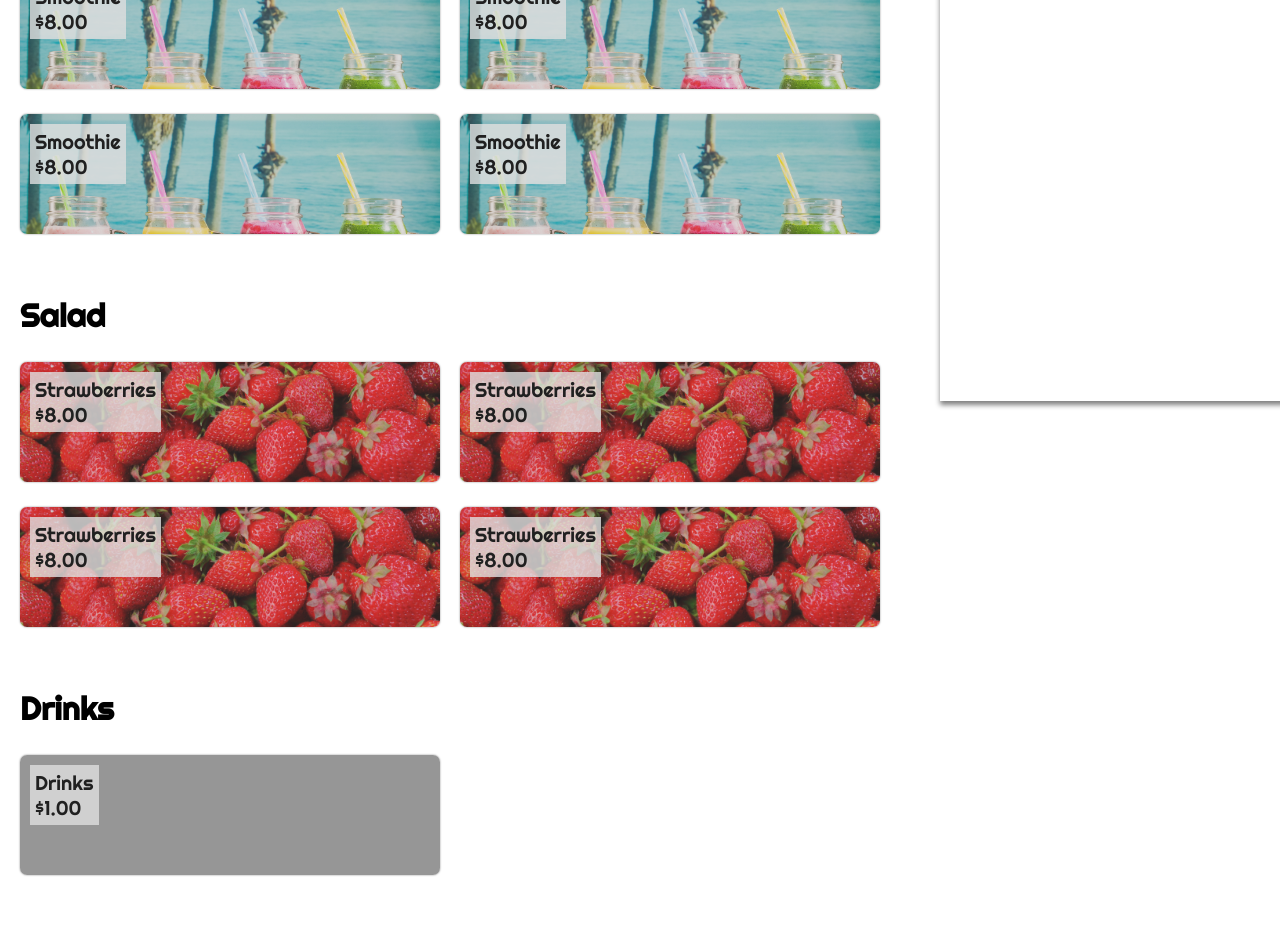
Repository: c0debase/LivingFoods
Page: /
An editor plug-in stored every save of this project. The page is shown before and after the next save, followed by the edit.
The browser window is 1280 px wide. The pictures show the part of the page from y = 319 to 1271 px (the page is 1271 px tall).
Pictures or frames that could not be fetched are drawn as grey boxes. The page's requests for data from a server got no answer. The project was rebuilt for these pictures with package versions that can differ from the ones it lists, and the page was loaded fresh each time. No one was signed in, and anything a server would have sent is missing. Also part of the build but not shown: src/FoodDialog/QuantityInput.js, src/Hooks/useQuantity.js, src/FoodDialog/Toppings.js, src/Hooks/useToppings.js, src/Hooks/useChoice.js, src/FoodDialog/Choices.js, src/FoodDialog/FoodDialog.js.

Above is the page before, as saved 2021-09-22 00:50:38.

### public/index.html
<!DOCTYPE html>
<html lang="en">
  <head>
    <meta charset="utf-8" />
    <link rel="icon" href="%PUBLIC_URL%/favicon.ico" />
    <meta name="viewport" content="width=device-width, initial-scale=1" />
    <meta name="theme-color" content="#000000" />
    <meta
      name="description"
      content="Web site created using create-react-app"
    />
    <link rel="apple-touch-icon" href="%PUBLIC_URL%/logo192.png" />

    <link rel="preconnect" href="https://fonts.googleapis.com">
    <link rel="preconnect" href="https://fonts.gstatic.com" crossorigin>
    <link href="https://fonts.googleapis.com/css?family=Open+Sans|Righteous" rel="stylesheet">

    <!--
      manifest.json provides metadata used when your web app is installed on a
      user's mobile device or desktop. See https://developers.google.com/web/fundamentals/web-app-manifest/
    -->
    <link rel="manifest" href="%PUBLIC_URL%/manifest.json" />
    <!--
      Notice the use of %PUBLIC_URL% in the tags above.
      It will be replaced with the URL of the `public` folder during the build.
      Only files inside the `public` folder can be referenced from the HTML.

      Unlike "/favicon.ico" or "favicon.ico", "%PUBLIC_URL%/favicon.ico" will
      work correctly both with client-side routing and a non-root public URL.
      Learn how to configure a non-root public URL by running `npm run build`.
    -->
    <title>Juggly Juice</title>
  </head>
  <body>
    <noscript>You need to enable JavaScript to run this app.</noscript>
    <div id="root"></div>
    <!--
      This HTML file is a template.
      If you open it directly in the browser, you will see an empty page.

      You can add webfonts, meta tags, or analytics to this file.
      The build step will place the bundled scripts into the <body> tag.

      To begin the development, run `npm start` or `yarn start`.
      To create a production bundle, use `npm run build` or `yarn build`.
    -->
  </body>
</html>

### src/App.js
import React, {useState} from 'react';
import { createGlobalStyle } from 'styled-components';
import { Navbar } from "./Navbar/Navbar";
import {Banner} from './Banner/Banner';
import {Menu} from './Menu/Menu';
import {GlobalStyle} from './Styles/GlobalStyle'
import {FoodDialog} from './FoodDialog/FoodDialog';
import {Order} from './Order/Order';
import {useOpenFood} from './Hooks/useOpenFood';
import {useOrders} from './Hooks/useOrders';
import {useTitle} from './Hooks/useTitle';
import {useAuthentication} from './Hooks/useAuthentication';
import {OrderDialog} from './Order/OrderDialog';
import {useOrderDialog} from './Hooks/useOrderDialog';


function App() {

  const openFood = useOpenFood();
  const orders = useOrders();
  const auth = useAuthentication();
  const orderDialog = useOrderDialog();

  useTitle({...openFood, ...orders});
  return (
    <>
      <GlobalStyle />
      <OrderDialog {...orderDialog} {...orders}/>
      <FoodDialog {...openFood} {...orders} />
      <Navbar {...auth} />
      <Order {...orders} {...openFood} {...auth} {...orderDialog}/>
      <Banner />
      <Menu {...openFood} />
    </>
  );
}

export default App;

### src/Navbar/Navbar.js
import React from 'react';
import styled from 'styled-components';
import { pizzaRed } from '../Styles/colors';
import { Title } from '../Styles/title';


export const NavbarStyled = styled.div`
  background-color: ${pizzaRed};
  padding: 10px;
  position: fixed;
  width: 100%;
  z-index: 999;
  display: flex;
  justify-content: space-between;
`

const Logo = styled(Title)`
  font-size: 20px;
  color: white;
  text-shadow: 1px 1px 4px #380502;
`;

const UserStatus = styled.div`
  color: white;
  font-size: 12px;
  margin-right: 30px;
`;

const LoginButton = styled.span`
  cursor: pointer;
`;


export function Navbar({ login, loggedIn, logout }) {
  return (
    <NavbarStyled>
      <Logo>
        Juggly Juice
      <span role="img" aria-label="smoothie">
          🥤
      </span>
      </Logo>
      <UserStatus>

        {loggedIn !== "loading" ? (
          <>
            👤 {loggedIn ? `${loggedIn.displayName}` : "" }
              {loggedIn ? (<span onClick={logout}>Logout</span> ) :
                ( <span onClick={login}> Log in / Sign up</span> ) }
          </>
        ) : ("loading...")}

      </UserStatus>
    </NavbarStyled>
  )
}

### src/Banner/Banner.js
import styled from 'styled-components';

export const Banner = styled.div`
  height: 200px;
  background-image: url("img/bowl-hand.jpg");
  background-position: center;
  background-size: cover;
  filter: contrast(75%);
`;

### src/Menu/Menu.js
import React from 'react';
import styled from 'styled-components';
import {foods, formatPrice} from '../Data/FoodData';

import {Food, FoodGrid, FoodLabel} from '../Menu/FoodGrid'

const MenuStyled = styled.div`
  height: 1000px;
  margin: 0px 400px 50px 20px;
`;

export function Menu({setOpenFood}) {
  return (
  <MenuStyled>
    {Object.entries(foods).map(([sectionName, foods]) => (
      <>
        <h1>{sectionName}</h1>
        <FoodGrid>
          {foods.map(food => (
            <Food
              img={food.img}
              onClick={() => {
                setOpenFood(food)
            }}
            >
              <FoodLabel>
                <div>{food.name}</div>
                <div>{formatPrice(food.price)}</div>
              </FoodLabel>
            </Food>
          ))}
        </FoodGrid>
      </>
    ))}
  </MenuStyled>
  );
}

### src/Styles/GlobalStyle.js
import { createGlobalStyle} from 'styled-components';

export const GlobalStyle = createGlobalStyle`
  body {
    font-family: 'Open Sans', sans-serif;
    margin: 0;
  }

  h1, h2, h3 {
    font-family: 'Righteous', cursive;
  }
`

### src/Order/Order.js
import React from 'react';
import styled from 'styled-components';
import {
  DialogFooter,
  DialogContent,
  ConfirmButton
} from '../FoodDialog/FoodDialog';
import {formatPrice} from '../Data/FoodData';
import {getPrice} from '../FoodDialog/FoodDialog';


const OrderStyled = styled.div`
  position: fixed;
  right: 0px;
  top: 48px;
  width: 340px;
  background-color: white;
  height: calc(100% - 48px);
  z-index: 10;
  box-shadow: 4px 0px 5px 4px grey;
  display: flex;
  flex-direction: column;
  @media(max-width: 400px) {
    position: relative;
    width: 100%;
  }
`;

const OrderContent = styled(DialogContent)`
  padding: 20px;
  height: 100%;
`;

const OrderContainer = styled.div`
  padding: 10px 0px;
  border-bottom: 1px solid grey;
  ${({editable}) => editable ?
  `
  &:hover {
    cursor: pointer;
    background-color: #e7e7e7;
  }
  `
  : `pointer-events: none`}
`;

const OrderItem = styled.div`
  padding: 10px 0px;
  display: grid;
  grid-template-columns: 20px 150px 20px 60px;
  justify-content: space-between;
`;

const DetailItem = styled.div`
  color: gray;
  font-size: 10px;
`;

function sendOrder(orders, {email, displayName}) {
  // var newOrderRef = ref('orders').push();
  const newOrders = orders.map(order => {
    return Object.keys(order).reduce((acc, orderKey) => {
      if (!order[orderKey]) {
        // undefined value
        return acc;
      }
      if (orderKey === "toppings") {
        return {
          ...acc,
          [orderKey]: order[orderKey]
          .filter(({ checked }) => checked)
          .map(({name}) => name)
        };
      }
      return {
        ...acc,
        [orderKey]: order[orderKey]
      };
    }, {});
  });
  console.log({order: newOrders, email, displayName});
  // newOrderRef.set({
  //   order: newOrders,
  //   email,
  //   displayName
  // });
}


export function Order({orders, setOrders, setOpenFood, login, loggedIn, setOpenOrderDialog}) {

  const subtotal = orders.reduce((total, order) => {
    return total + getPrice(order);
  }, 0);
  const tax = subtotal * .07;
  const total = subtotal + tax;

  const deleteItem = index => {
    const newOrders = [...orders];
    newOrders.splice(index, 1);
    setOrders(newOrders);
  }

  return (
    <OrderStyled>
    {orders.length === 0 ? (
      <OrderContent>
        Your order like your stomach is pretty empty
      </OrderContent>
    ) : (
      <OrderContent>
      {" "}
        <OrderContainer> Your Order: </OrderContainer>{" "}
          {orders.map((order, index) => (
            <OrderContainer editable>
              <OrderItem
                onClick={ () => {
                  setOpenFood({...order, index})
                }}
              >
                <div>{order.quantity}</div>
                <div>{order.name}</div>
                <div style={{cursor: 'pointer'}}
                onClick={(e) => {
                  e.stopPropagation();
                  deleteItem(index);
                }}>🗑️</div>
                <div>{formatPrice(getPrice(order))}</div>
              </OrderItem>
              <DetailItem>
                {order.toppings
                .filter(t => t.checked)
                .map(topping => topping.name)
                .join(", ")}
              </DetailItem>
              {order.choice &&
              <DetailItem>
                {order.choice}
              </DetailItem>}
            </OrderContainer>
          ))}
          <OrderContainer>
            <OrderItem>
              <div/>
              <div>Sub-total</div>
              <div>{formatPrice(subtotal)}</div>
            </OrderItem>
            <OrderItem>
              <div/>
              <div>Tax</div>
              <div>{formatPrice(tax)}</div>
            </OrderItem>
            <OrderItem>
              <div/>
              <div>Total</div>
              <div>{formatPrice(total)}</div>
            </OrderItem>
          </OrderContainer>
      </OrderContent>
    )}

      {orders.length > 0 && <DialogFooter>
        <ConfirmButton onClick={() => {
          if (loggedIn) {
            setOpenOrderDialog(true);
            sendOrder(orders, loggedIn);
          } else {
            login();
          }
        }}>Checkout</ConfirmButton>
      </DialogFooter>}
    </OrderStyled>
  )
}

### src/Hooks/useOpenFood.js
import {useState} from 'react';


export function useOpenFood() {
  const [openFood, setOpenFood] = useState();
  return {
    openFood,
    setOpenFood
  }
}

### src/Hooks/useOrders.js
import {useState} from 'react';

export function useOrders() {
  const [orders, setOrders] = useState([]);
  return {
    orders,
    setOrders
  }
}

### src/Hooks/useTitle.js
import {useEffect} from 'react';

export function useTitle({openFood, orders}) {
  useEffect(() => {
    if(openFood) {
      document.title = openFood.name;
    } else {
      document.title = orders.length === 0 ? `What's for dinner?` : `[${orders.length}] items in your order!`;
    }
  });
}

### src/Hooks/useAuthentication.js
import { useEffect, useState } from 'react';

import { getAuth, createUserWithEmailAndPassword, signInWithPopup, GoogleAuthProvider } from "firebase/auth";
import { initializeApp } from 'firebase/app';
import { getFirestore, collection, getDocs } from 'firebase/firestore/lite';
import {set, update, push, getDatabase, ref as fireRef, get, query, onValue} from 'firebase/database';


const firebaseConfig = {
  apiKey: "AIzaSyCwOjGfREUYAvBS0igtPnmmwZwfNcEWtk4",
  authDomain: "eatlivecells.firebaseapp.com",
  projectId: "eatlivecells",
  storageBucket: "eatlivecells.appspot.com",
  messagingSenderId: "227241896853",
  appId: "1:227241896853:web:d240007b5b27fa6246249c",
  measurementId: "G-ZGMZS0DZRD",
  databaseURL: "https://eatlivecells-default-rtdb.firebaseio.com/"
};


const app = initializeApp(firebaseConfig);
// const db = getFirestore(app);

const db = getDatabase(app) // <-- Pass in the initialized app

//Creating the reference (The path in db you are trying to read/write/update)

const message = {
  username: "state.username",
  content: "inputMessage.value"
}

set(push(fireRef(db, 'eatlivecells')), message);


const auth = getAuth();
const provider = new GoogleAuthProvider();




export function useAuthentication() {

  const [authenticated, setAuthenticated] = useState('loading');

  useEffect(() => {
    auth.onAuthStateChanged(function (user) {
      console.log(user);
      if (user) {
        setAuthenticated(user);
      } else {
        setAuthenticated();
      }
    }, function (error) {
      console.log(error);
    });

  }, []);

  function login() {
    signInWithPopup(auth, provider)
      .then((result) => {
        // This gives you a Google Access Token. You can use it to access the Google API.
        const credential = GoogleAuthProvider.credentialFromResult(result);
        const token = credential.accessToken;
        // The signed-in user info.
        const user = result.user;
        // ...
      }).catch((error) => {
        // Handle Errors here.
        const errorCode = error.code;
        const errorMessage = error.message;
        // The email of the user's account used.
        const email = error.email;
        // The AuthCredential type that was used.
        const credential = GoogleAuthProvider.credentialFromError(error);
        // ...
      });

  }

  function logout() {
    auth.signOut()
    .then(() => {

    })
    .catch(() => {

    })

  }

  return { login, loggedIn: authenticated, logout }
}

### src/Order/OrderDialog.js
import React from 'react';

import {Dialog, DialogContent, DialogShadow, DialogFooter, ConfirmButton } from '../FoodDialog/FoodDialog';

export function OrderDialog({openOrderDialog, setOpenOrderDialog, setOrders}) {
  return openOrderDialog ? <>
  <DialogShadow/>
  <Dialog>
    <DialogContent>
      <h2>🚚 Your order is on the way! </h2>
      <p>You have been emailed a confirmation of your order. Thanks for choosing Juggy Juice.</p>
    </DialogContent>
    <DialogFooter>
      <ConfirmButton onClick={() => {
        setOrders([]);
        setOpenOrderDialog();
      }}>
        I'm still hungry
      </ConfirmButton>
    </DialogFooter>
  </Dialog>
  </> : <div/>
}

### src/Hooks/useOrderDialog.js
import {useState} from 'react';

export function useOrderDialog() {
  const [openOrderDialog, setOpenOrderDialog] = useState();

  return {
    openOrderDialog,
    setOpenOrderDialog
  };
}

### src/Styles/colors.js
export const pizzaRed = "#f44336";

### src/Styles/title.js
import styled from 'styled-components';

export const Title = styled.div`
  font-family: 'Righteous', cursive;
`;

### src/Data/FoodData.js
export function formatPrice(price) {
  return price.toLocaleString('en-US', {
    style: 'currency',
    currency: 'USD'
  })
}

export const foodItems = [
  {
    name: 'Smoothie',
    img: '/img/smoothies.jpg',
    section: 'Smoothie',
    price: 8
  },
  {
    name: 'Strawberries',
    img: '/img/strawberries.jpg',
    section: 'Salad',
    price: 8
  },
  {
    name: 'Smoothie',
    img: '/img/smoothies.jpg',
    section: 'Smoothie',
    price: 8
  },
  {
    name: 'Strawberries',
    img: '/img/strawberries.jpg',
    section: 'Salad',
    price: 8
  },
  {
    name: 'Smoothie',
    img: '/img/smoothies.jpg',
    section: 'Smoothie',
    price: 8
  },
  {
    name: 'Strawberries',
    img: '/img/strawberries.jpg',
    section: 'Salad',
    price: 8
  },
  {
    name: 'Smoothie',
    img: '/img/smoothies.jpg',
    section: 'Smoothie',
    price: 8
  },
  {
    name: 'Strawberries',
    img: '/img/strawberries.jpg',
    section: 'Salad',
    price: 8
  },
  {
    price: 1,
    name: 'Drinks',
    section: 'Drinks',
    choices: ['Coke', 'Sprite', 'Root Beer'],
    img: '/img/bowl-hand.jpg'
  }

];

export const foods = foodItems.reduce((res, food) => {
  if (!res[food.section]){
    res[food.section] = [];
  }
  res[food.section].push(food);
  return res;
}, {})

### src/Menu/FoodGrid.js
import styled from 'styled-components';
import {Title} from '../Styles/title';

export const FoodGrid = styled.div`
  display: grid;
  grid-template-columns: 1fr 1fr;
  gap: 20px;
  padding-bottom: 40px;
`;

export const FoodLabel = styled(Title)`
  position: absolute;
  background-color: rgba(256,256,256, .8);
  padding: 5px;
`;

export const Food = styled.div`
  height: 100px;
  padding: 10px;
  font-size: 20px;
  background-image: ${({img}) => `url(${img});`};
  background-position: center;
  background-size: cover;
  filter: contrast(75%);
  border-radius: 7px;
  margin-top: 5px;
  transition-property: box-shadow margin-top filter;
  transition-duration: .1s;
  box-shadow: 0px 0px 2px 0px grey;
  &:hover {
    cursor: pointer;
    filter: contrast(100%);
    margin-top: 0px;
    margin-bottom: 5px;
    box-shadow: 0px 0px 10px 0px grey;
  }
`;

Loaded but not shown: src/index.js (common file); src/reportWebVitals.js (common file)

After the next save:
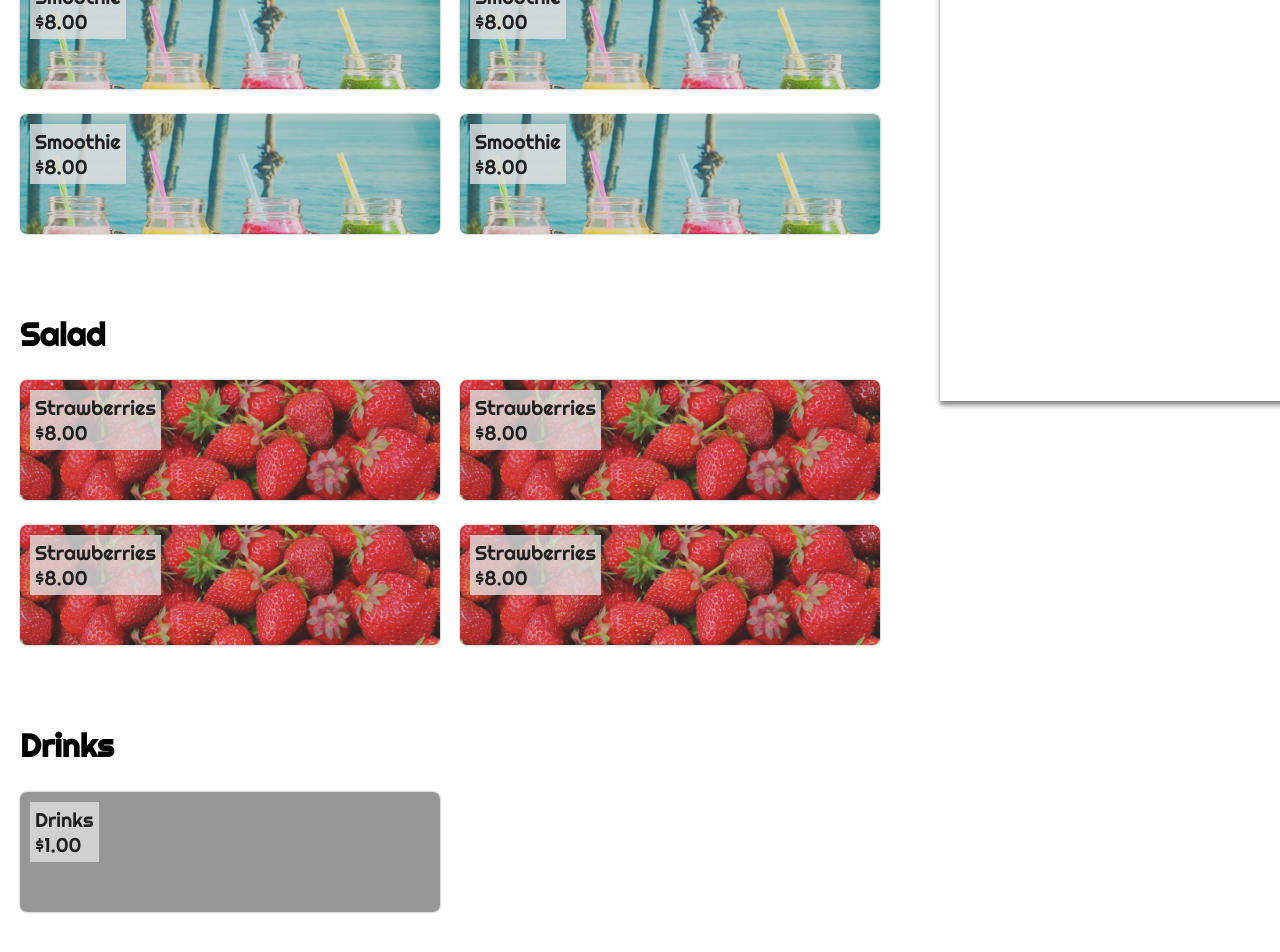
Saved 76 s later.
--- a/src/Menu/FoodGrid.js
+++ b/src/Menu/FoodGrid.js
@@ -5,7 +5,12 @@ export const FoodGrid = styled.div`
   display: grid;
   grid-template-columns: 1fr 1fr;
   gap: 20px;
-  padding-bottom: 40px;
+  /* padding-bottom: 40px; */
+  margin-bottom: 80px;
+
+  @media(max-width: 400px) {
+    grid-template-columns: 1fr;
+  }
 `;
 
 export const FoodLabel = styled(Title)`
